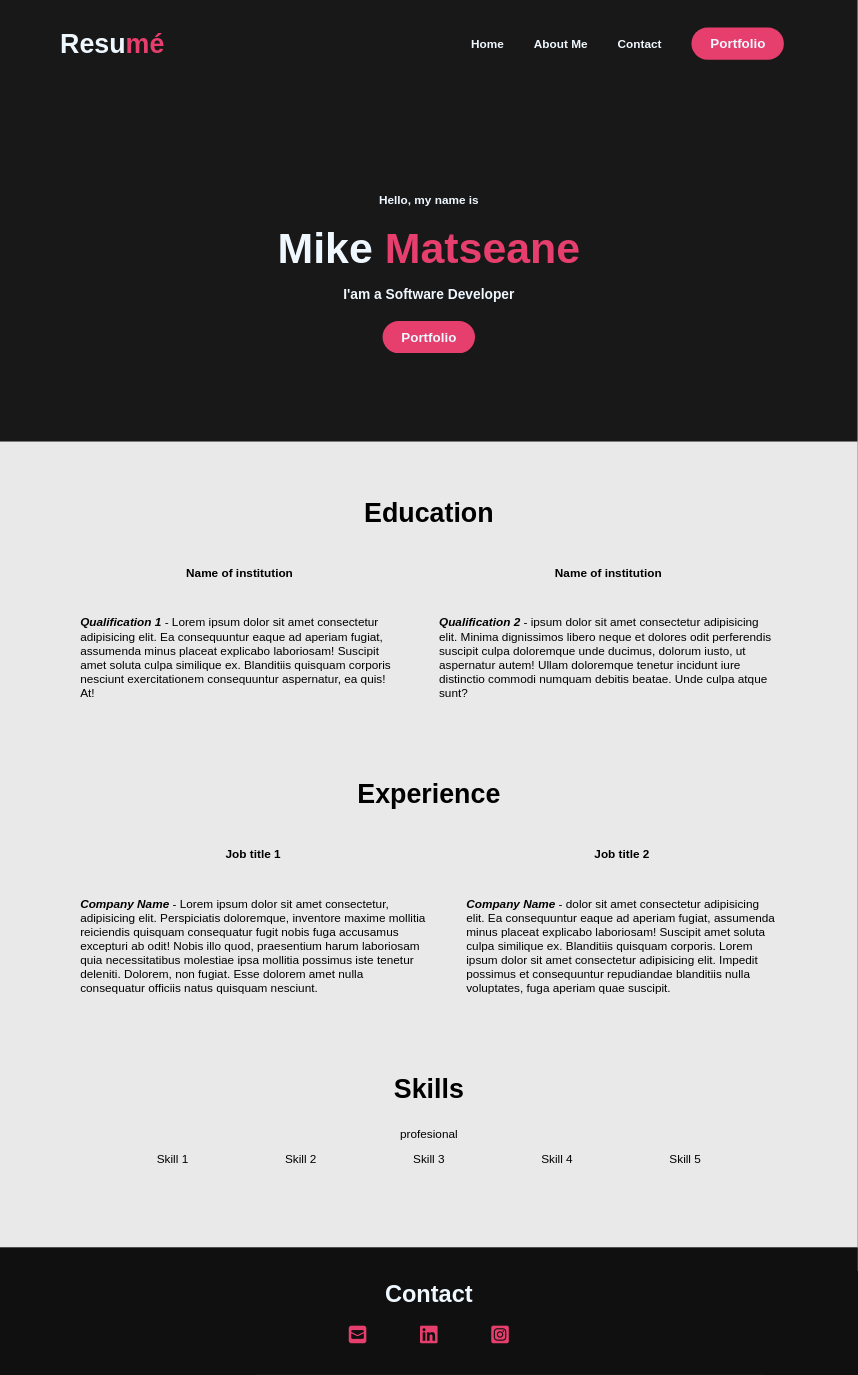
Repository: mikempho/Resume1
Page: resume1.html
These files come from the project's save history. The page is drawn as it stood at one moment and after the next save; the edit follows.
The browser window is 1280 px wide. The pictures show the whole page, at 67% of full size.

Above is the page before, as saved 2022-04-05 12:13:43.

After the next save:
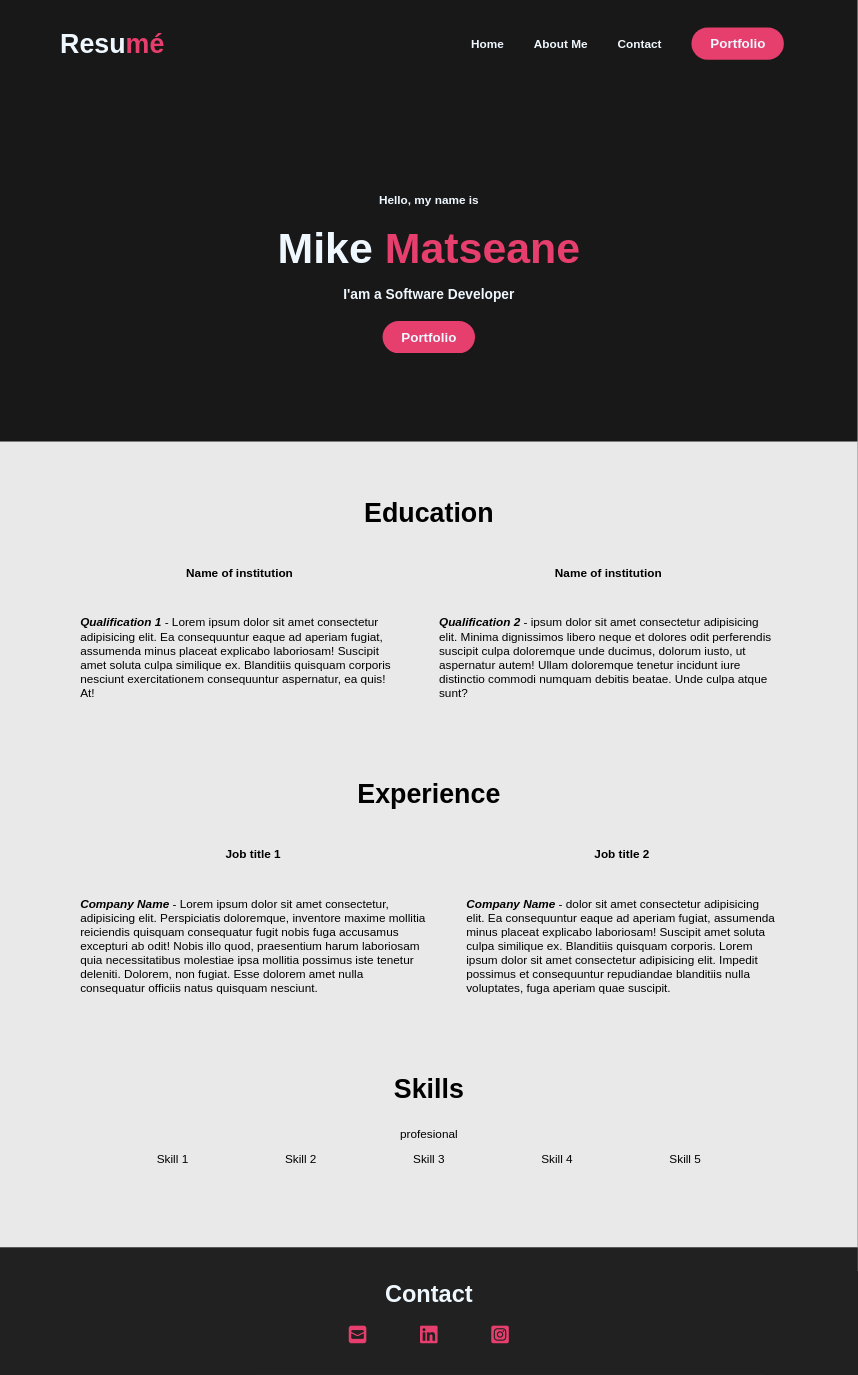
Saved 3 min 27 s later.
--- a/css/stylesheet.css
+++ b/css/stylesheet.css
@@ -125,7 +125,7 @@ padding: 0%;
 /* Footer */
 
 footer {
-  background-color: #101010;
+  background-color: #212121;
   color: aliceblue;
   text-align: center;
 }
